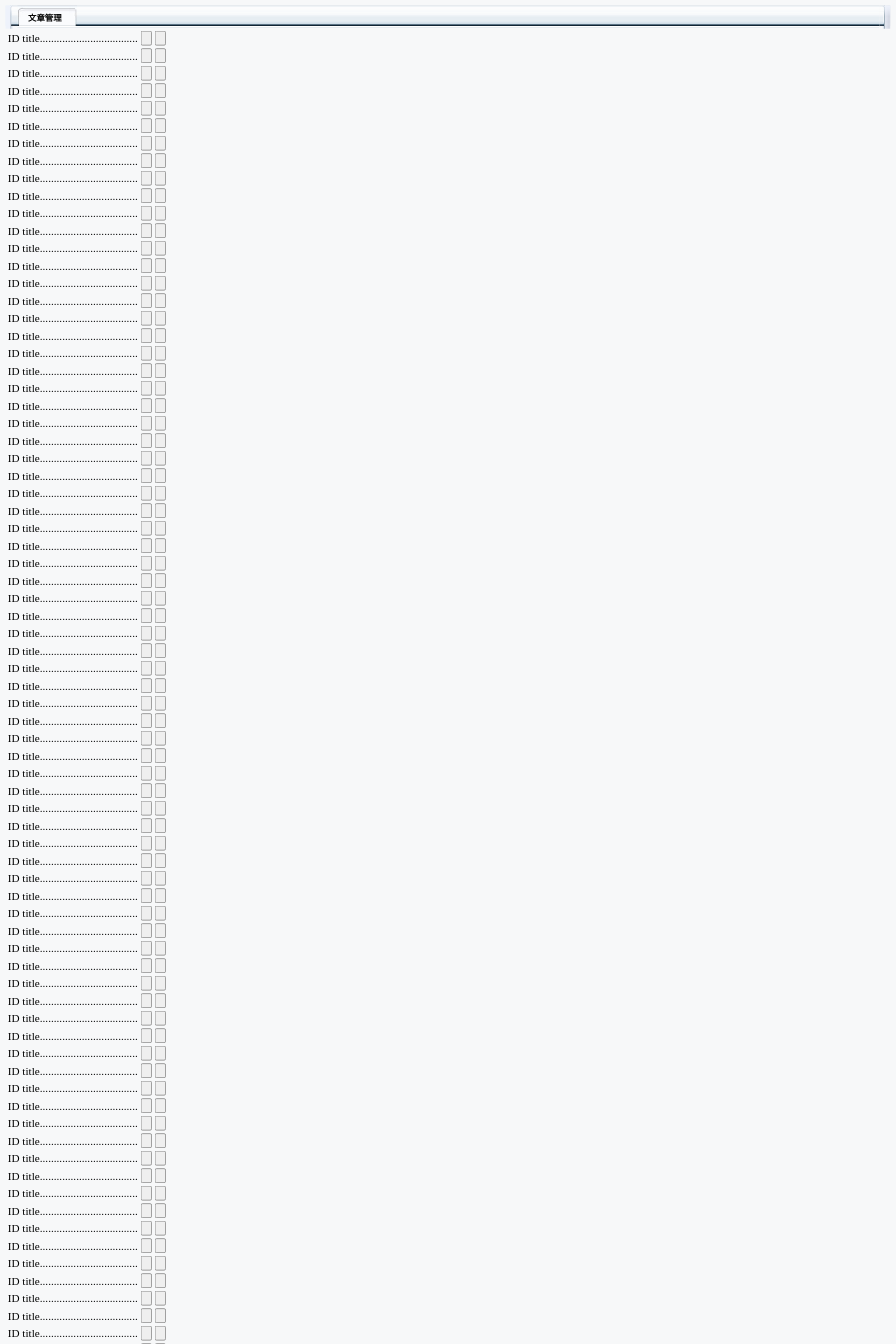
Repository: wzhcxw/shop
Page: ShopOnline/WebContent/admin/newslist.html
An editor plug-in stored every save of this project. The page is shown before and after the next save, followed by the edit.
The browser window is 1280 px wide. The pictures show the part of the page from y = 0 to 1920 px (the page is 2572 px tall), at 70% of full size.

Above is the page before, as saved 2014-09-23 17:58:39.

### ShopOnline/WebContent/admin/newslist.html
<!DOCTYPE html>
<!--
Copyright (c) 2003-2014, CKSource - Frederico Knabben. All rights reserved.
For licensing, see LICENSE.md or http://ckeditor.com/license
-->

<html>
<link href="../admin/images/skin.css" rel="stylesheet" type="text/css" />
<head>
<style  type="text/css">
	list{
                width:500px;
                height:150px;
                border:6px solid red;
	}

</style>
	<meta charset="utf-8">
	<script>

	function addrow(){
		alert("adddd");
		for(var i = 0 ; i < 100 ; i++)
		{
			var newTr = listtable.insertRow();
	        //添加两列
	        var newTd0 = newTr.insertCell();
	        var newTd1 = newTr.insertCell();
	        var newTd2 = newTr.insertCell();
	        var newTd3 = newTr.insertCell();

	        //设置列内容和属性
	        newTd0.innerHTML = '<div>ID</div>';
	        newTd1.innerHTML = '<div>title...................................</div>';
	        newTd2.innerHTML = '<input type=button width="50" id="box4">';
	        newTd3.innerHTML = '<input type=button width="50" id="box5">';
		}

	}




	</script>

</head>

<body bgcolor="#F7F8F9" id= mainbody onload ="addrow()" >

<table width="100%" border="0" cellpadding="0" cellspacing="0">
  <tr>
    <td width="17" valign="top" background="../admin/images/mail_leftbg.gif"><img src="../admin/images/left-top-right.gif" width="17" height="29" /></td>
    <td valign="top" background="../admin/images/content-bg.gif"><table width="100%" height="31" border="0" cellpadding="0" cellspacing="0" class="left_topbg" id="table2">
      <tr>
        <td height="31"><div class="titlebt">文章管理</div></td>
      </tr>
    </table></td>
    <td width="16" valign="top" background="../admin/images/mail_rightbg.gif"><img src="../admin/images/nav-right-bg.gif" width="16" height="29" /></td>
</table>

<table id = "listtable" class="list" >



</table>


<input type=button width="50" onclick="addrow()"  id="addbutton">
</body>

</html>

Loaded but not shown: ShopOnline/WebContent/admin/images/skin.css (common file)

After the next save:
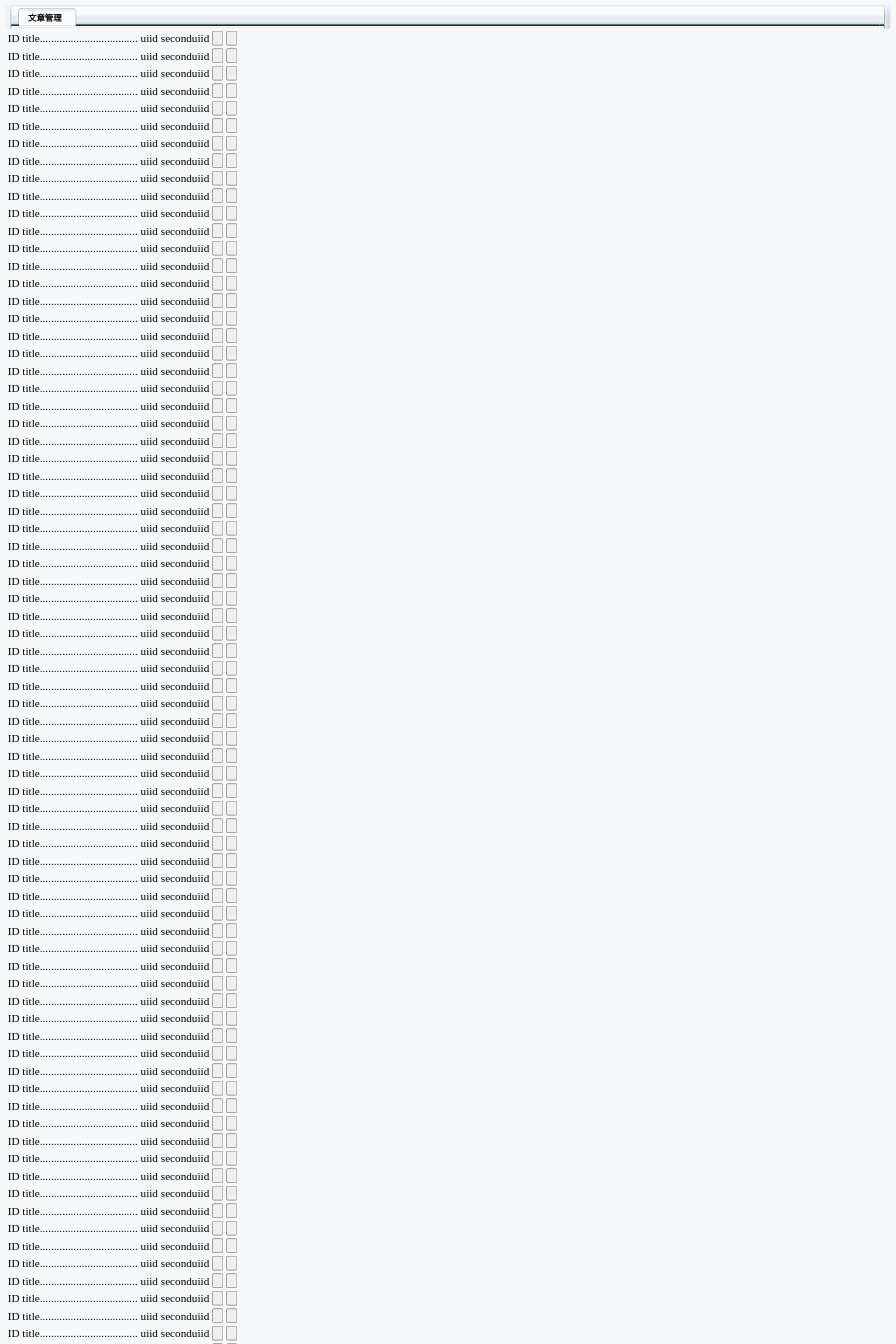
Saved 6 min 49 s later.
--- a/ShopOnline/WebContent/admin/newslist.html
+++ b/ShopOnline/WebContent/admin/newslist.html
@@ -28,12 +28,16 @@ For licensing, see LICENSE.md or http://ckeditor.com/license
 	        var newTd1 = newTr.insertCell();
 	        var newTd2 = newTr.insertCell();
 	        var newTd3 = newTr.insertCell();
+	        var newTd4 = newTr.insertCell();
+	        var newTd5 = newTr.insertCell();
 
 	        //设置列内容和属性
 	        newTd0.innerHTML = '<div>ID</div>';
 	        newTd1.innerHTML = '<div>title...................................</div>';
-	        newTd2.innerHTML = '<input type=button width="50" id="box4">';
-	        newTd3.innerHTML = '<input type=button width="50" id="box5">';
+	        newTd2.innerHTML = '<div>uiid</div>';
+	        newTd3.innerHTML = '<div>seconduiid</div>';
+	        newTd4.innerHTML = '<input type=button width="50" id="box4">';
+	        newTd5.innerHTML = '<input type=button width="50" id="box5">';
 		}
 
 	}
